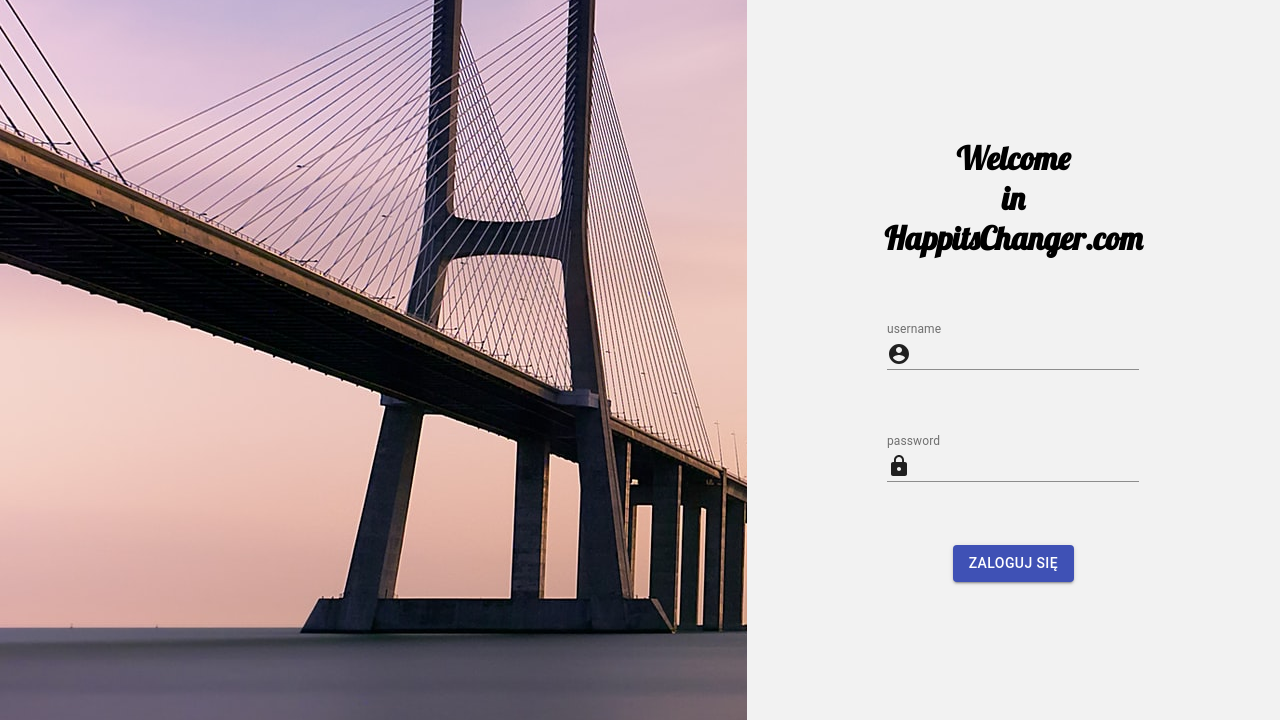
Repository: pgruca96/HappitsChanger
Page: /
The author's editor kept a copy of each file at every save. The page is drawn from the files as they stood at one save, then again after the next save.
The browser window is 1280 px wide. The pictures show the whole page.
The project was rebuilt for these pictures with package versions that can differ from the ones it lists, and the page was loaded fresh each time.

Above is the page before, as saved 2020-10-27 21:32:47.

After the next save:
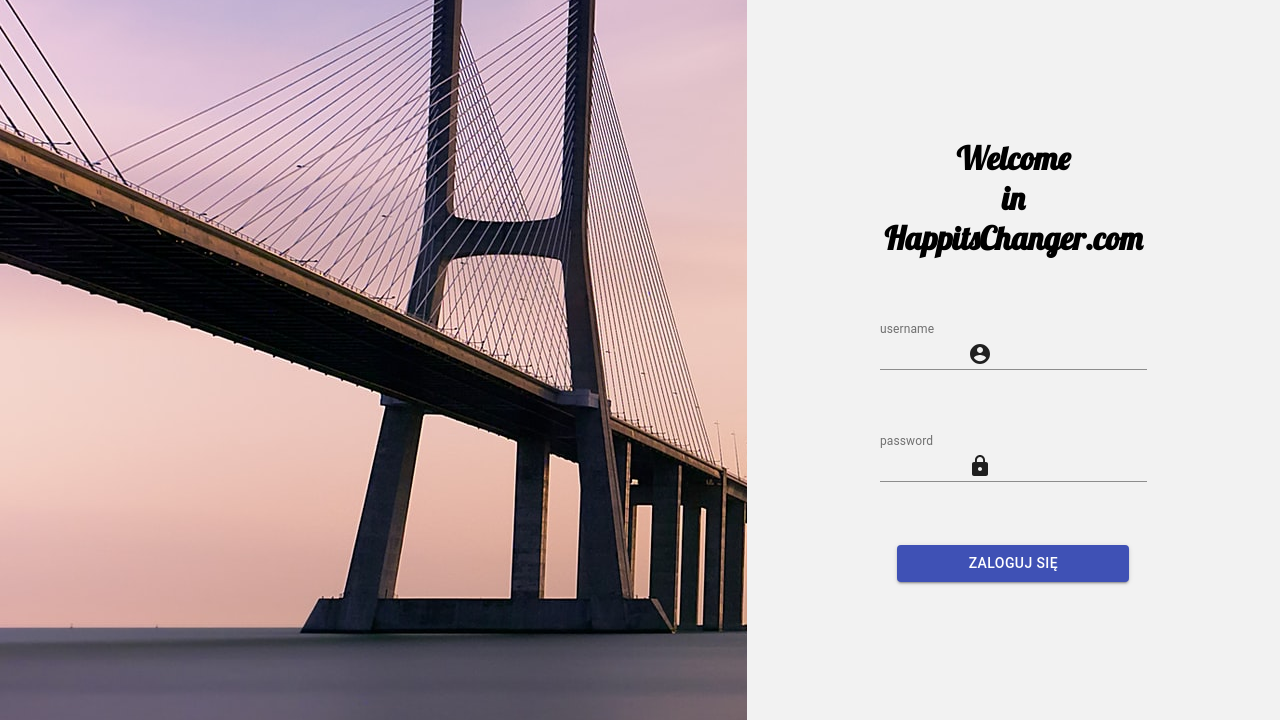
Saved 26 s later.
--- a/src/App.css
+++ b/src/App.css
@@ -4,10 +4,10 @@
   margin: 0;
   padding: 0;
   box-sizing: border-box;
+  min-width: 200px;
 }
 
 .app {
-  min-width: 200px;
   width: 100vw;
   height: 100vh;
 }

After the save that followed:
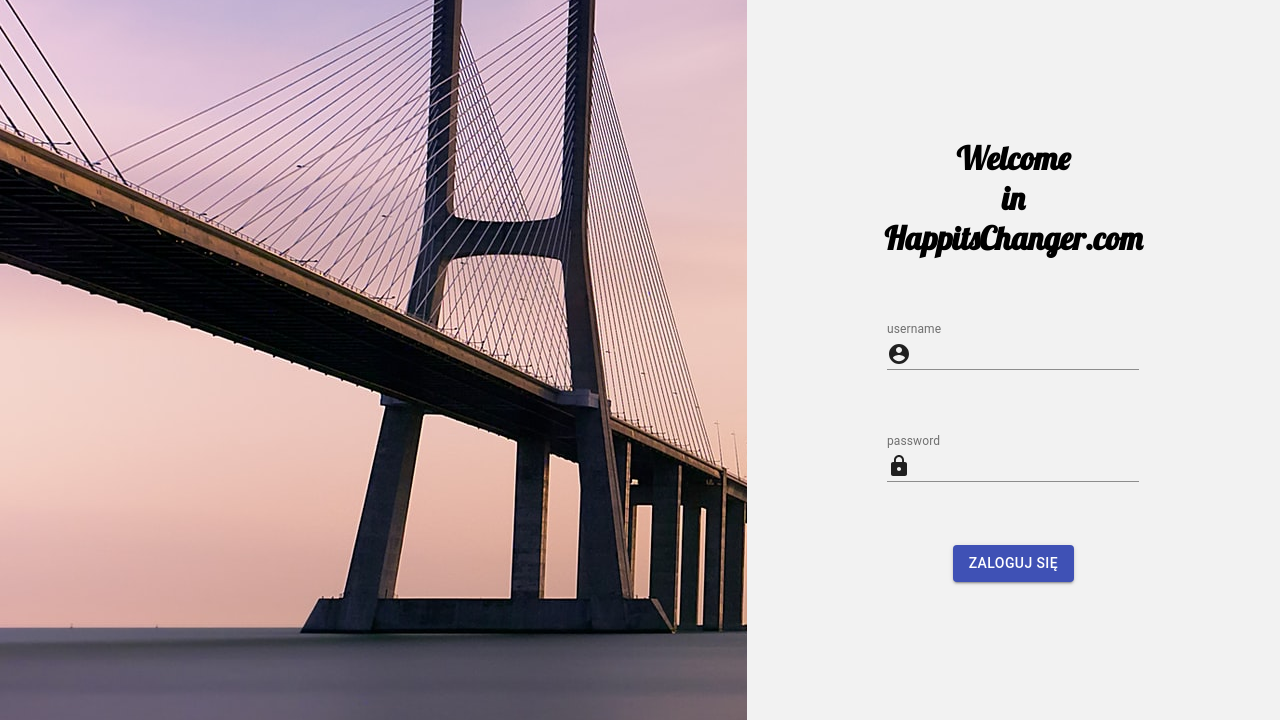
Saved 19 s later.
--- a/src/App.css
+++ b/src/App.css
@@ -4,7 +4,6 @@
   margin: 0;
   padding: 0;
   box-sizing: border-box;
-  min-width: 200px;
 }
 
 .app {
